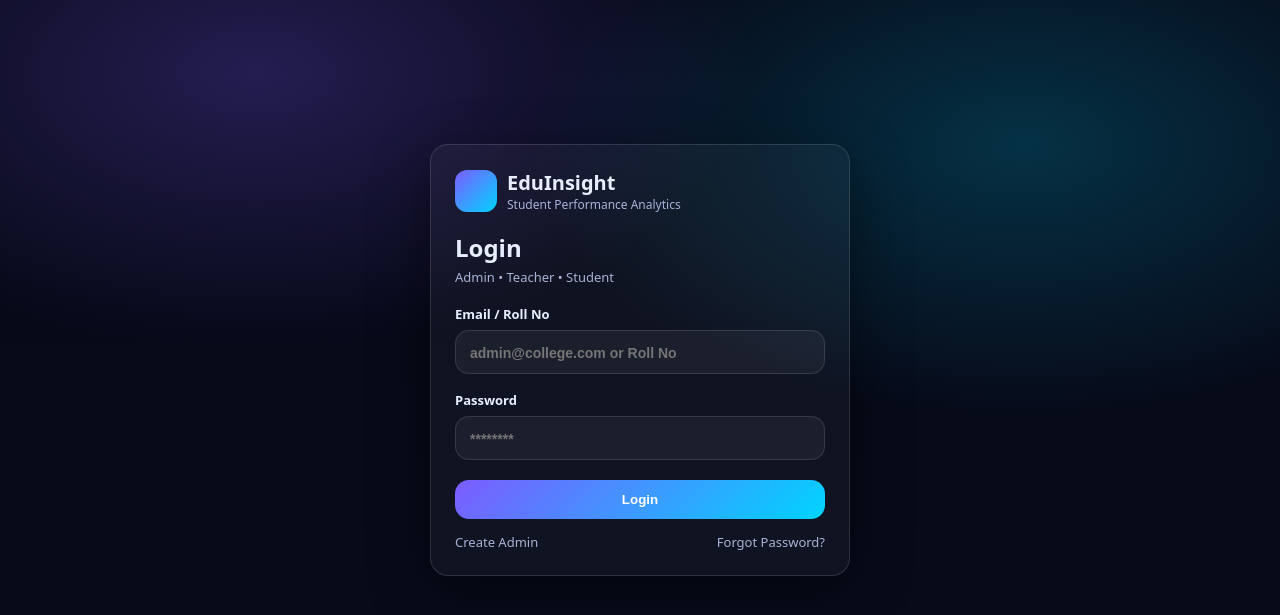
Repository: Kaifclash/EduInsight
Page: login.html
The author's editor kept a copy of each file at every save. The page is drawn from the files as they stood at one save, then again after the next save.
The browser window is 1280 px wide. The pictures show the whole page.

Above is the page before, as saved 2026-02-13 19:33:47.
Console error: TypeError: Cannot read properties of null (reading 'addEventListener')

### login.html
<!DOCTYPE html>
<html lang="en">
<head>
<meta charset="UTF-8">
<meta name="viewport" content="width=device-width, initial-scale=1.0">
<title>EduInsight | Login</title>

<style>
:root{
  --bg:#070b1a;
  --text:#e9eeff;
  --muted:#a9b2d6;
  --accent:#7c5cff;
  --accent2:#00d4ff;
  --border:rgba(255,255,255,.12);
  --shadow:0 20px 60px rgba(0,0,0,.45);
  --radius:18px;
}

*{box-sizing:border-box;}
body{
  margin:0;
  font-family: system-ui, Segoe UI, Roboto, Arial;
  background:
    radial-gradient(900px 500px at 20% 10%, rgba(124,92,255,.25), transparent 55%),
    radial-gradient(900px 500px at 80% 20%, rgba(0,212,255,.20), transparent 55%),
    linear-gradient(180deg,#060816,var(--bg));
  min-height:100vh;
  display:grid;
  place-items:center;
  color:var(--text);
}

a{color:inherit;text-decoration:none;}

.container{
  width:min(420px,90%);
  border:1px solid var(--border);
  border-radius:var(--radius);
  background:rgba(255,255,255,.04);
  box-shadow:var(--shadow);
  padding:24px;
}

.brand{
  display:flex;
  align-items:center;
  gap:10px;
  margin-bottom:18px;
}
.logo{
  width:42px;height:42px;
  border-radius:12px;
  background:linear-gradient(135deg,var(--accent),var(--accent2));
}
.brand b{font-size:20px;}
.brand small{
  display:block;
  color:var(--muted);
  font-size:12px;
}

h2{
  margin:10px 0 4px;
}
.sub{
  color:var(--muted);
  font-size:13px;
  margin-bottom:16px;
}

label{
  font-size:13px;
  font-weight:700;
}
.field{
  margin-top:6px;
  margin-bottom:14px;
  border:1px solid var(--border);
  border-radius:14px;
  padding:10px 12px;
  background:rgba(255,255,255,.05);
}
.field input{
  width:100%;
  background:none;
  border:none;
  outline:none;
  color:var(--text);
  font-size:14px;
  font-weight:700;
}

.btn{
  width:100%;
  padding:12px;
  border:none;
  border-radius:14px;
  font-weight:900;
  cursor:pointer;
  background:linear-gradient(135deg,var(--accent),var(--accent2));
  color:white;
  margin-top:6px;
}

.error{
  display:none;
  margin-bottom:12px;
  padding:10px;
  border-radius:12px;
  background:rgba(255,77,109,.15);
  border:1px solid rgba(255,77,109,.4);
  font-size:13px;
}

.links{
  display:flex;
  justify-content:space-between;
  margin-top:14px;
  font-size:13px;
  color:var(--muted);
}
.links a:hover{color:white;}
</style>
</head>

<body>

<div class="container">
  <div class="brand">
    <div class="logo"></div>
    <div>
      <b>EduInsight</b>
      <small>Student Performance Analytics</small>
    </div>
  </div>

  <h2>Login</h2>
  <div class="sub">Admin • Teacher • Student</div>

  <div class="error" id="err">Invalid login credentials</div>

  <form action="login.php" method="POST">
    <label>Email / Roll No</label>
    <div class="field">
      <input type="text" name="email" id="user" placeholder="admin@college.com or Roll No">
    </div>

    <label>Password</label>
    <div class="field">
      <input type="password" name="password" id="pass" placeholder="********">
    </div>

    <button class="btn" type="submit">Login</button>
  </form>

  <div class="links">
    <a href="register.html">Create Admin</a>
    <a href="#">Forgot Password?</a>
  </div>
</div>

<script>
const form=document.getElementById("loginForm");
const err=document.getElementById("err");

form.addEventListener("submit",e=>{
  e.preventDefault();
  const u=document.getElementById("user").value.trim();
  const p=document.getElementById("pass").value.trim();

  if(!u||!p){
    err.style.display="block";
    err.textContent="Please enter login details";
    return;
  }

  // demo logic – backend PHP later
  err.style.display="none";
  alert("Login success (demo). Redirect to dashboard next.");
  // window.location.href="dashboard.html";
});
</script>

</body>
</html>

After the next save:
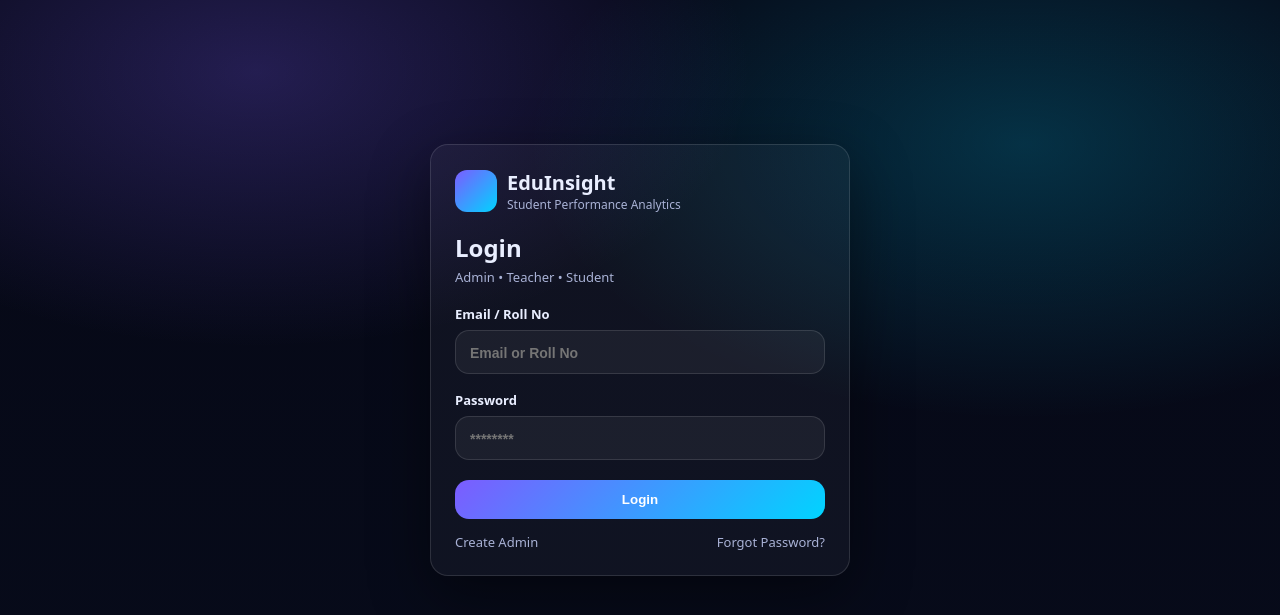
Saved 45 s later.
--- a/login.html
+++ b/login.html
@@ -143,8 +143,7 @@ label{
   <form action="login.php" method="POST">
     <label>Email / Roll No</label>
     <div class="field">
-      <input type="text" name="email" id="user" placeholder="admin@college.com or Roll No">
-    </div>
+<input type="text" name="email" placeholder="Email or Roll No" />    </div>
 
     <label>Password</label>
     <div class="field">
